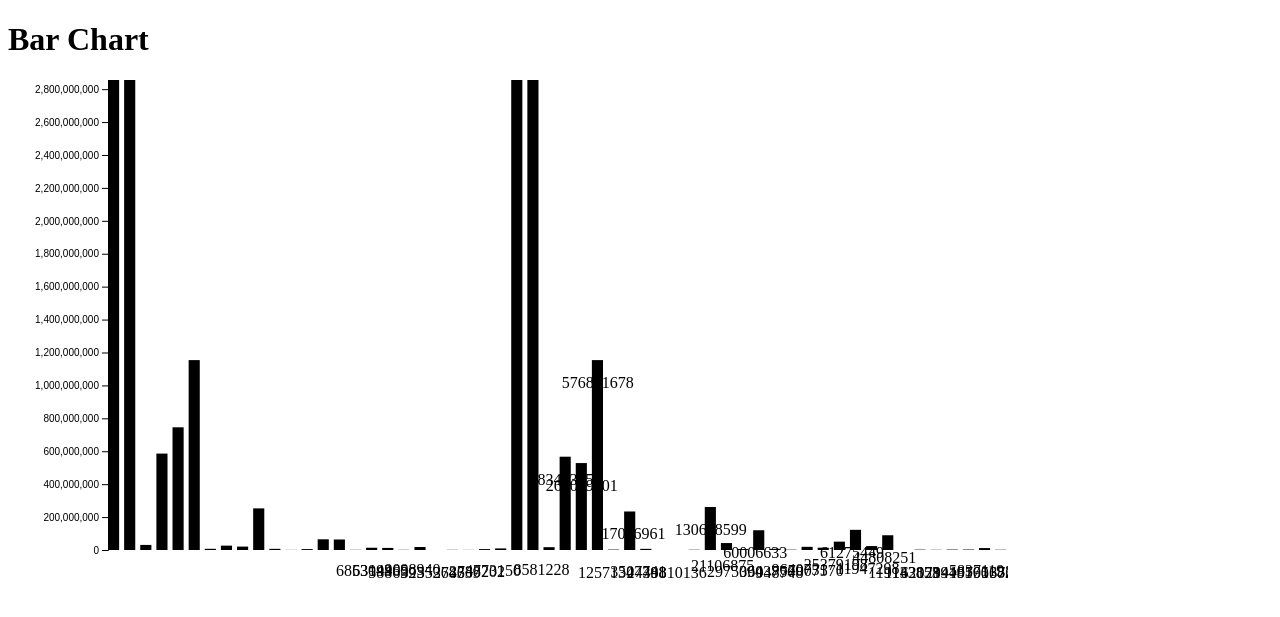
Repository: komalharjani/d3js-visualisation
Page: index.html
An editor plug-in stored every save of this project. The page is shown before and after the next save, followed by the edit.
The browser window is 1280 px wide. The pictures show the whole page.

Above is the page before, as saved 2020-04-29 18:53:36.

After the next save:
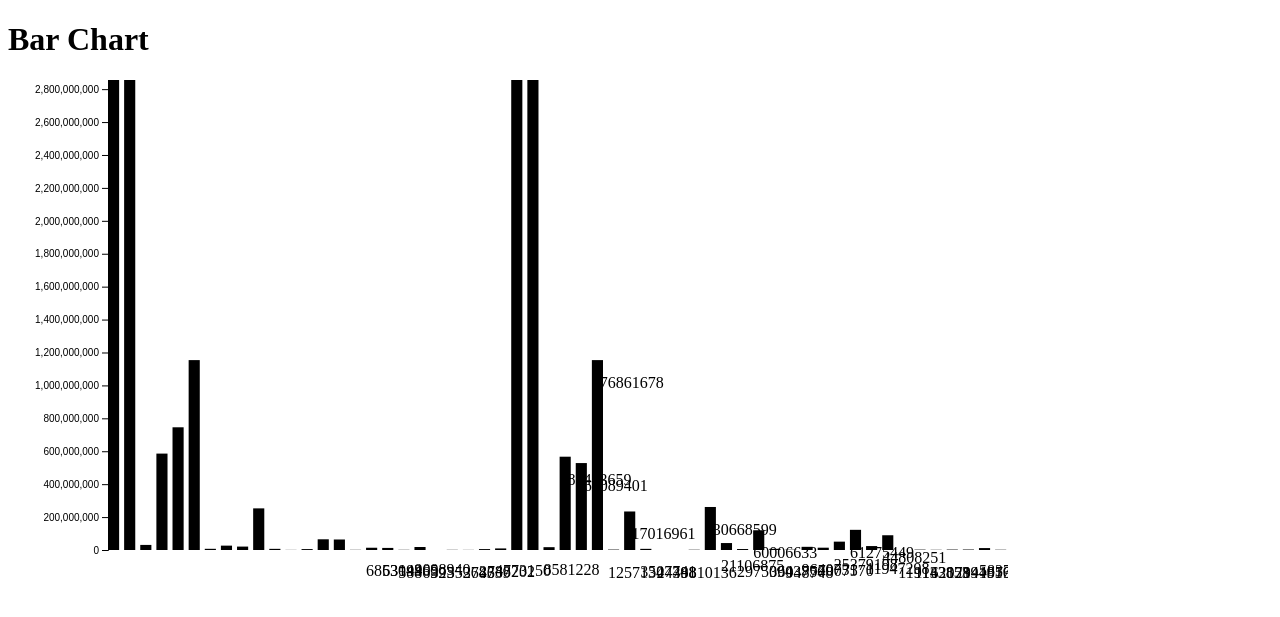
Saved 6 s later.
--- a/index.js
+++ b/index.js
@@ -95,7 +95,7 @@ d3.csv(dataPath)
                                 return height - xscale(d.amount) - 2;
                         })
                         .attr("x", function (d, i) {
-                                return 100 + barwidth * i - 30;
+                                return 100 + barwidth * i;
                         })
 
         });
